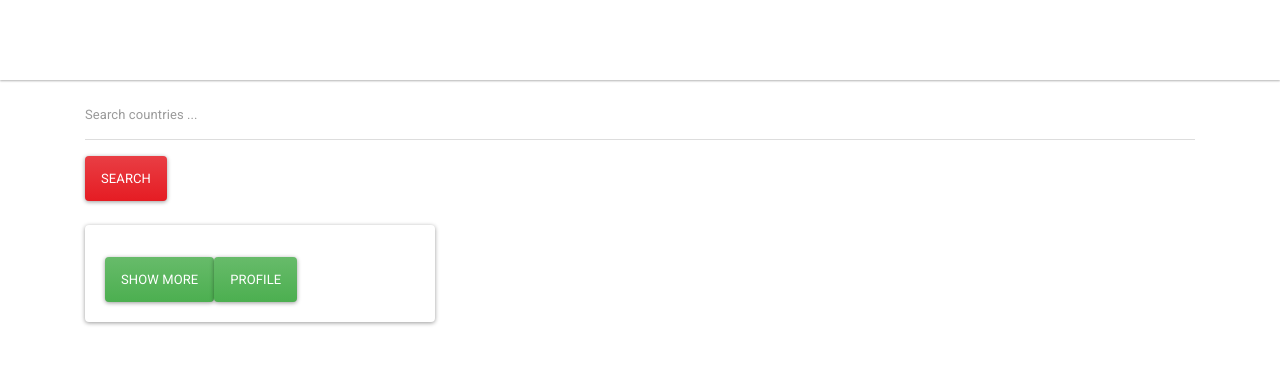
Repository: abdelhak-f/Countries_React
Page: / (app in client/)
An editor plug-in stored every save of this project. The page is shown before and after the next save, followed by the edit.
The browser window is 1280 px wide. The pictures show the whole page.
The page's requests for data from a server got no answer. The project was rebuilt for these pictures with package versions that can differ from the ones it lists, and the page was loaded fresh each time. No one was signed in, and anything a server would have sent is missing.

Above is the page before, as saved 2021-05-06 12:07:36.

After the next save:
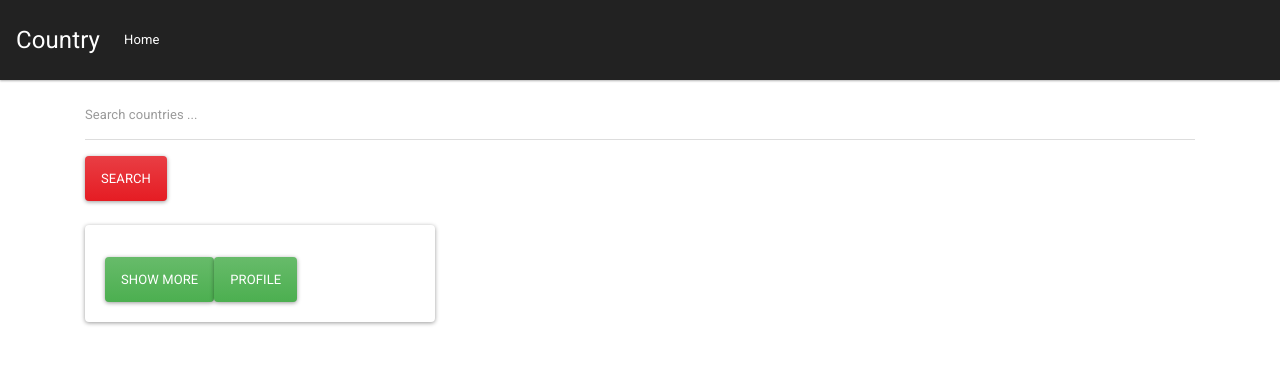
Saved 6 s later.
--- a/client/src/components/partials/Navbar.jsx
+++ b/client/src/components/partials/Navbar.jsx
@@ -3,7 +3,7 @@ import React from 'react';
 export default function Navbar() {
   return (
     <>
-    <nav className="navbar navbar-expand-sm navbar-dark bg-grey">
+    <nav className="navbar navbar-expand-sm navbar-dark bg-dark">
         <a className="navbar-brand" href="#">Country</a>
         <button className="navbar-toggler d-lg-none" type="button" data-toggle="collapse" data-target="#collapsibleNavId" aria-controls="collapsibleNavId"
             aria-expanded="false" aria-label="Toggle navigation">
